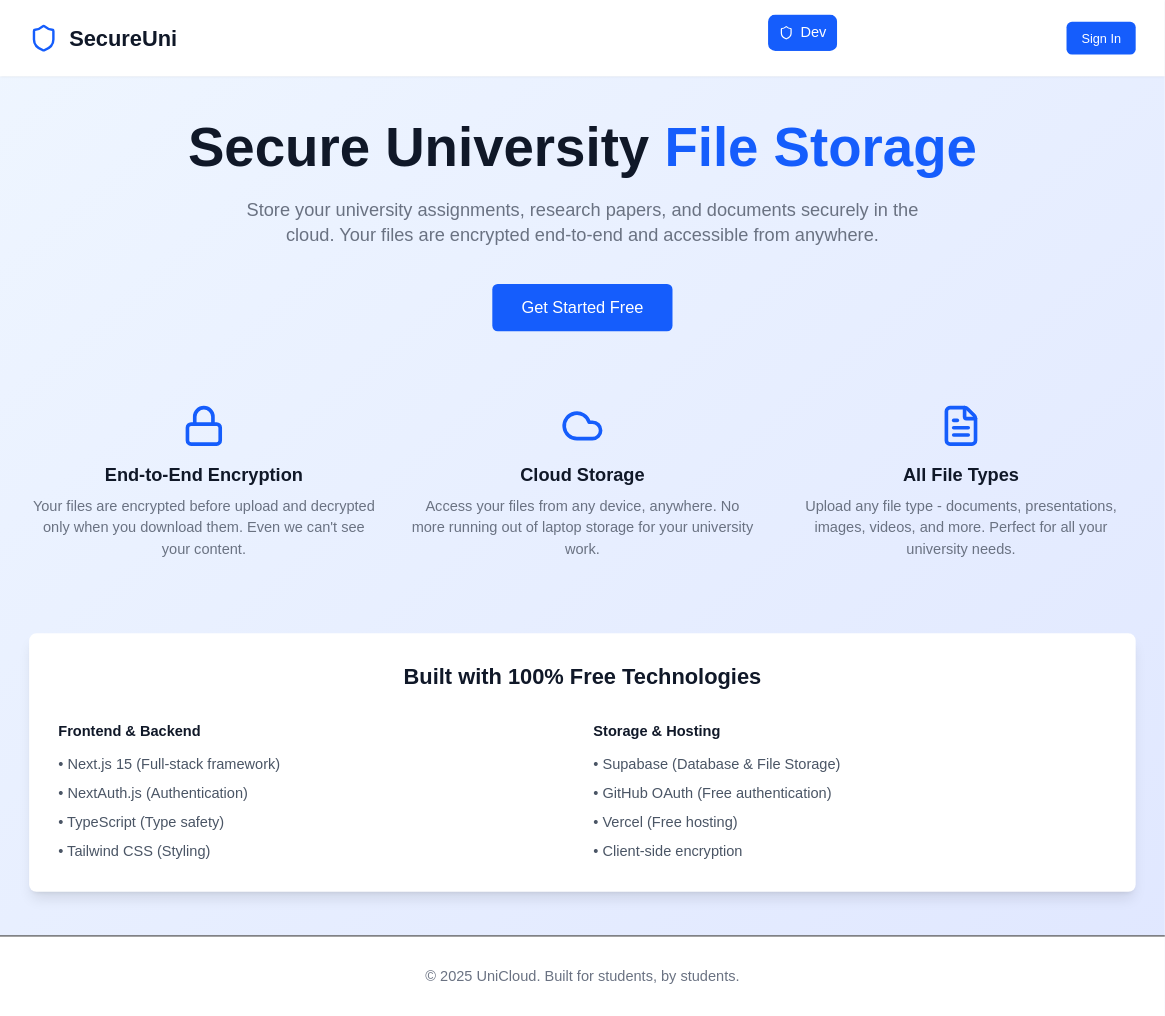
Repository: DiwanMalla/UniCloud
Page: /
These files come from the project's save history. The page is drawn as it stood at one moment and after the next save; the edit follows.
The browser window is 1280 px wide. The pictures show the whole page, at 91% of full size.
The page's requests for data from a server got no answer. The project was rebuilt for these pictures with package versions that can differ from the ones it lists, and the page was loaded fresh each time. The framework's server and built-in components were replaced by stand-ins that run in the browser. No one was signed in, and anything a server would have sent is missing. Also part of the build but not shown: next.config.ts.

Above is the page before, as saved 2025-08-31 16:01:19.

After the next save:
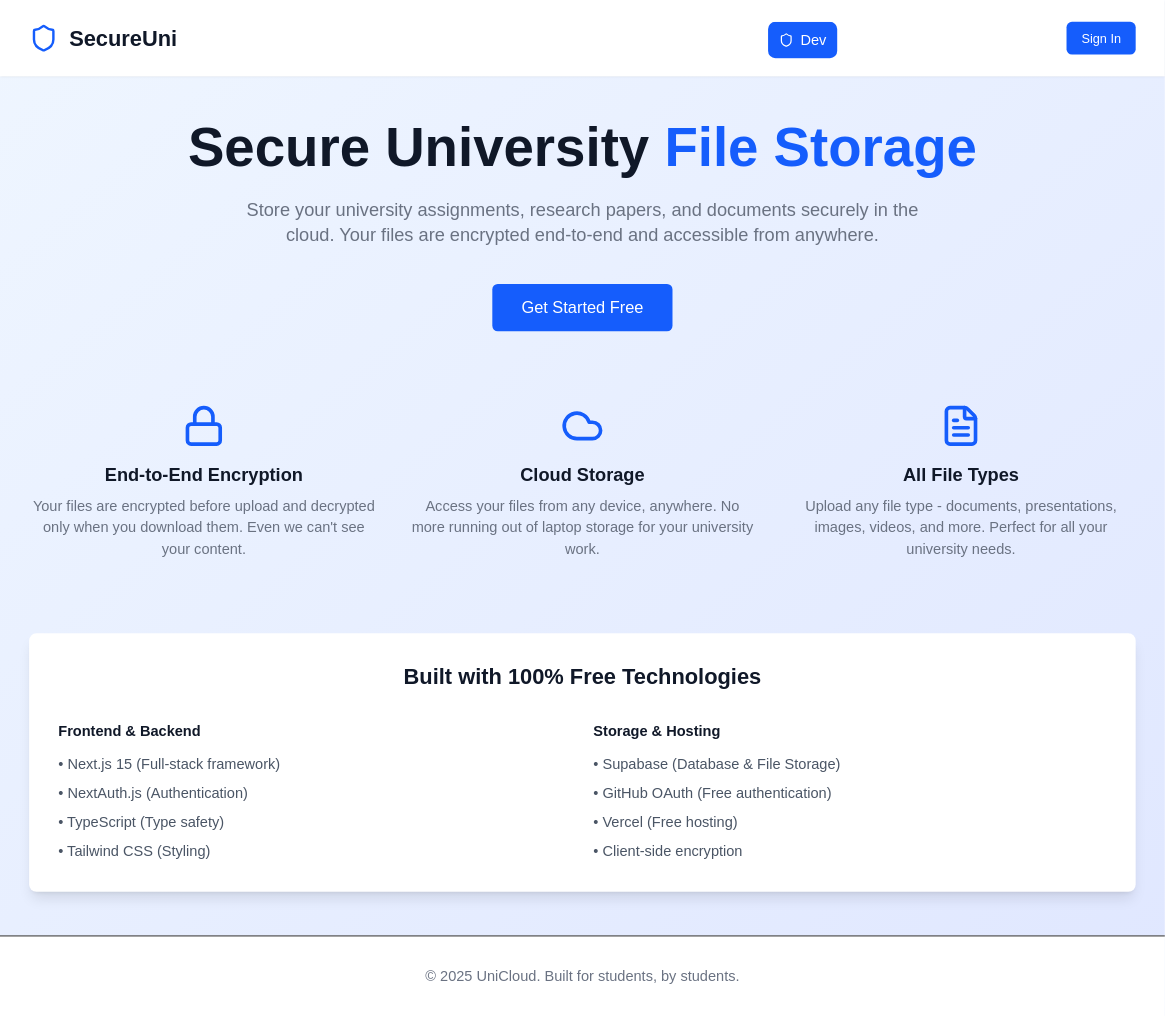
Saved 6 s later.
--- a/src/app/page.tsx
+++ b/src/app/page.tsx
@@ -37,7 +37,7 @@
       {/* Developer Button - Fixed Position */}
       <button
         onClick={() => setShowDeveloperModal(true)}
-        className="fixed top-4 right-90 bg-blue-600 hover:bg-blue-700 text-white px-3 py-2 rounded-lg transition-colors flex items-center gap-2 z-10"
+        className="fixed top-6 right-90 bg-blue-600 hover:bg-blue-700 text-white px-3 py-2 rounded-lg transition-colors flex items-center gap-2 z-10"
         title="Developer Info"
       >
         <Shield className="w-4 h-4" />
